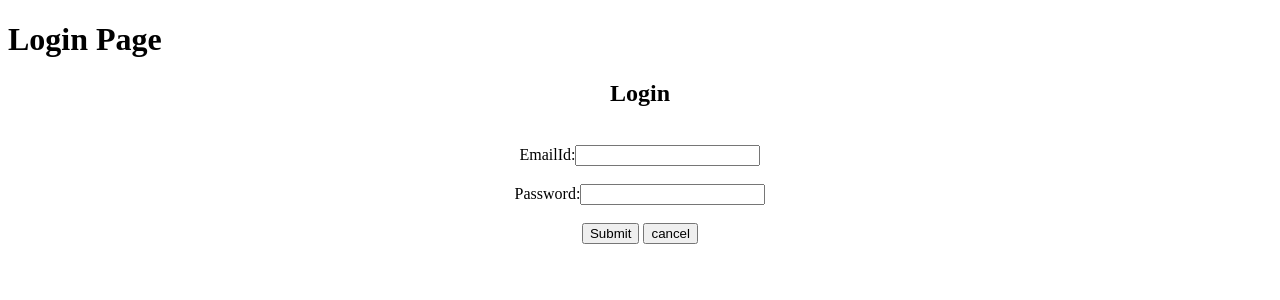
Repository: ashwinipatil321/ServletPrograms
Page: http://localhost/loginAndRegisterServlet/login.jsp
These files come from the project's save history. The page is drawn as it stood at one moment and after the next save; the edit follows.
The browser window is 1280 px wide. The pictures show the whole page.
The page is served by Tomcat 9.

Above is the page before, as saved 2017-11-06 11:09:48.

After the next save:
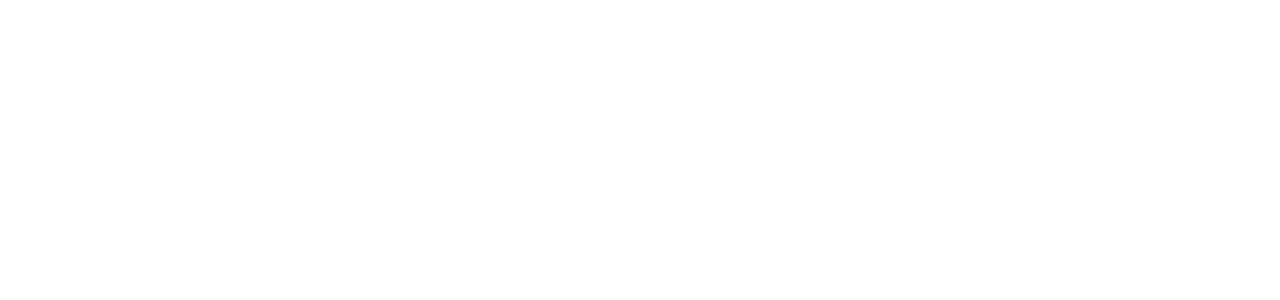
Saved 5 min 20 s later.
--- a/loginAndRegisterServlet/WebContent/login.jsp
+++ b/loginAndRegisterServlet/WebContent/login.jsp
@@ -6,6 +6,13 @@
 <meta http-equiv="Content-Type" content="text/html; charset=UTF-8">
 <title>Insert title here</title>
 </head>
+
+<style type="text/css">
+table{
+border:1px solid #D5D8DC;
+padding:25px;
+margin:auto;
+}
 <body>
 <body>
 	<h1>Login Page</h1>

After the 2 saves that followed:
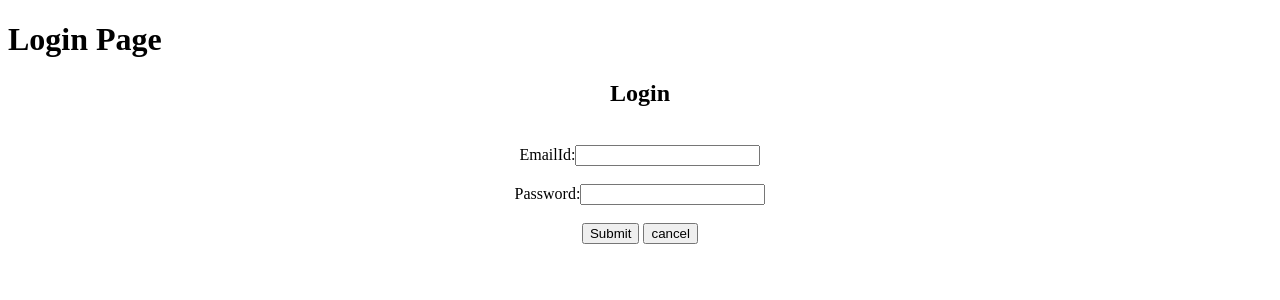
The 2 saves are shown as one change because 1 left the picture as it was.
The last was saved 2 min 4 s later.
--- a/loginAndRegisterServlet/WebContent/login.jsp
+++ b/loginAndRegisterServlet/WebContent/login.jsp
@@ -4,17 +4,23 @@
 <html>
 <head>
 <meta http-equiv="Content-Type" content="text/html; charset=UTF-8">
-<title>Insert title here</title>
-</head>
-
+<title>Login page</title>
 <style type="text/css">
 table{
 border:1px solid #D5D8DC;
 padding:25px;
 margin:auto;
 }
+
+.submit{
+margin: 10px auto;
+padding: 2px 5px;
+}
+</style>
+</head>
+
 <body>
-<body>
+
 	<h1>Login Page</h1>
 	<center>
 		<h2>Login</h2>
